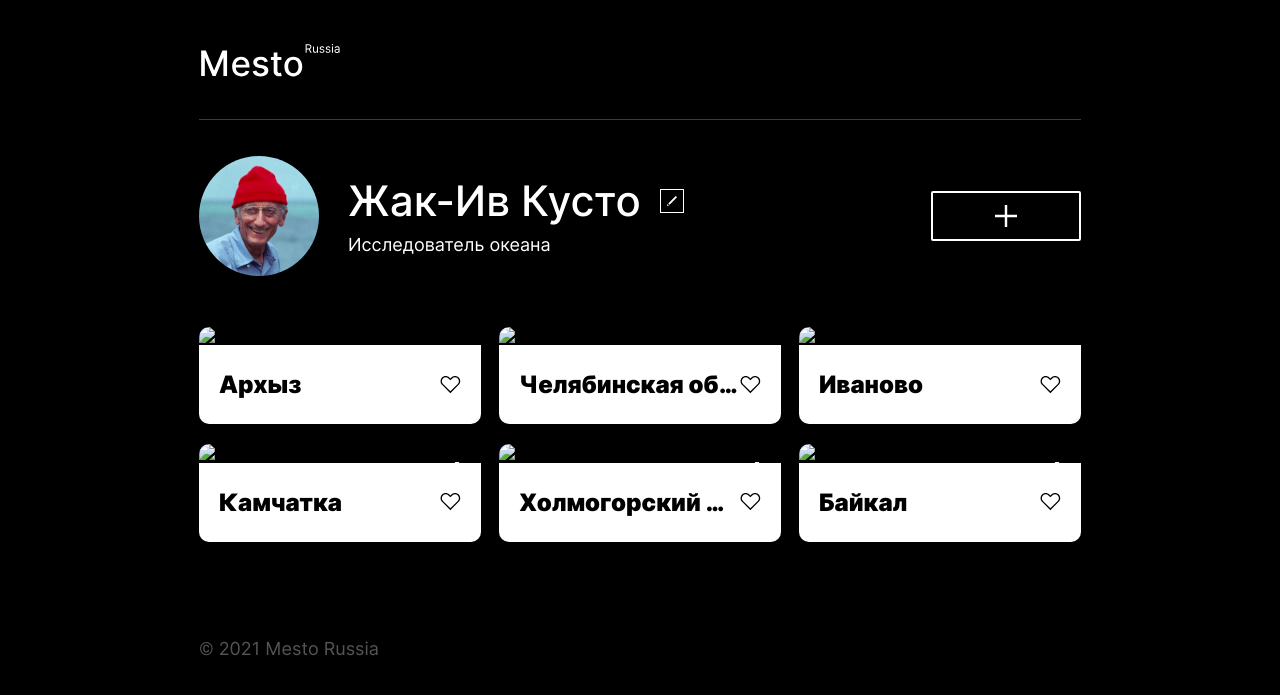
Repository: Smoyki/mesto-project-ff
Page: index.html
The author's editor kept a copy of each file at every save. The page is drawn from the files as they stood at one save, then again after the next save.
The browser window is 1280 px wide. The pictures show the whole page.

Above is the page before, as saved 2024-08-18 14:40:16.

After the next save:
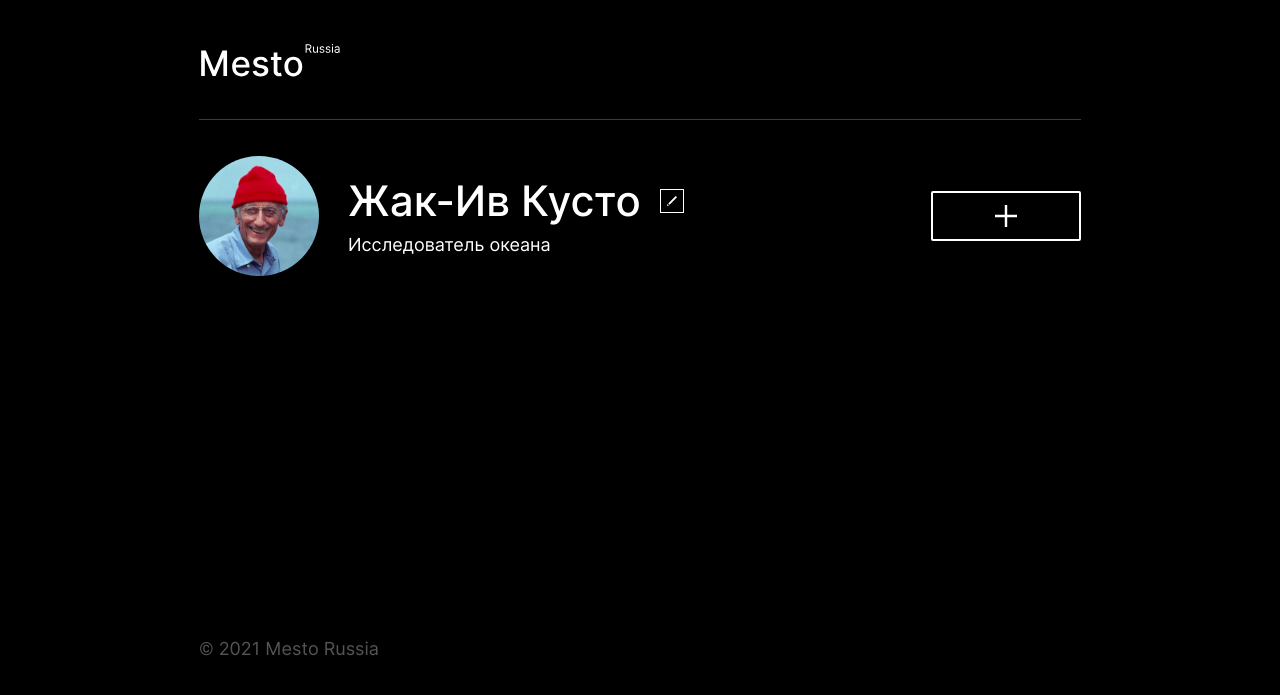
Console error: SyntaxError: Unexpected token '='
Saved 3 h 51 min later.
--- a/scripts/index.js
+++ b/scripts/index.js
@@ -4,7 +4,7 @@ const cardTemplate = document.querySelector('#card-template');
 
 // @todo: DOM узлы
 
-const places_list = document.querySelector('.places__list');
+const  = document.querySelector('.places__list');
 // @todo: Функция создания карточки
 function createCard (cardTemplate, element) {
 
